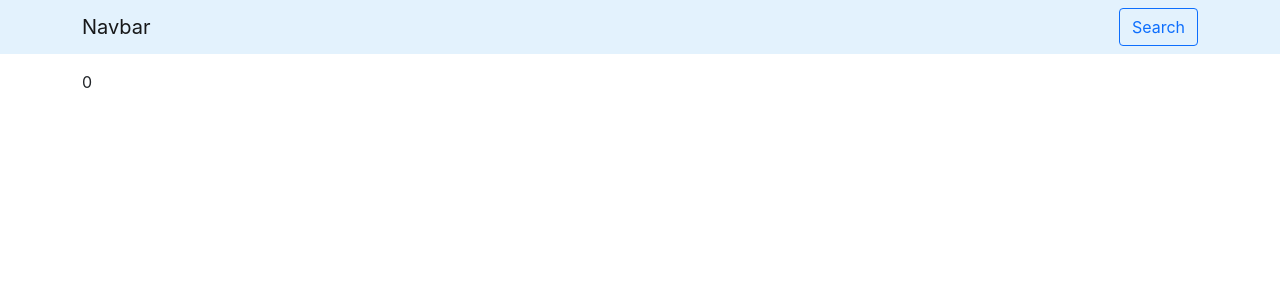
Repository: ren-yamanashi/q-and-a-app
Page: /questions/received
The author's editor kept a copy of each file at every save. The page is drawn from the files as they stood at one save, then again after the next save.
The browser window is 1280 px wide. The pictures show the whole page.
The page's requests for data from a server got no answer. The project was rebuilt for these pictures with package versions that can differ from the ones it lists, and the page was loaded fresh each time. The framework's server and built-in components were replaced by stand-ins that run in the browser. No one was signed in, and anything a server would have sent is missing. Also part of the build but not shown: next.config.js.

Above is the page before, as saved 2022-01-03 16:33:00.

After the next save:
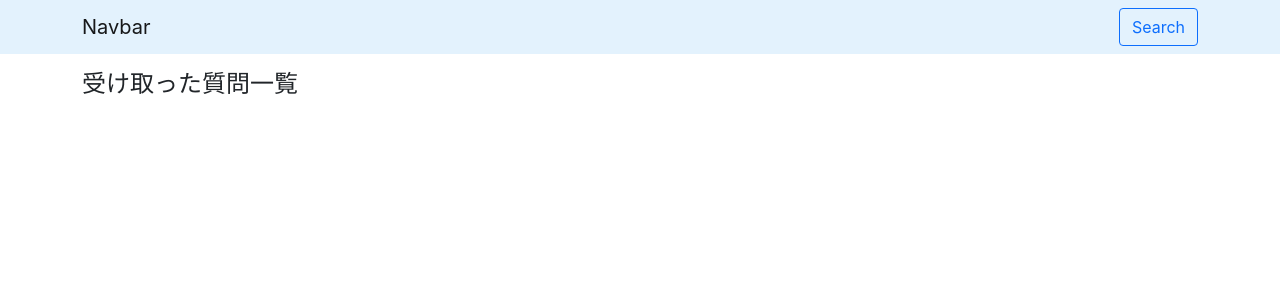
Saved 91 s later.
--- a/pages/questions/received.tsx
+++ b/pages/questions/received.tsx
@@ -52,7 +52,19 @@
 
   return (
     <Layout>
-      <div>{questions.length}</div>
+      <h1 className="h4">受け取った質問一覧</h1>
+
+      <div className="row justify-content-center">
+        <div className="col-12 col-md-6">
+          {questions.map((question) => (
+            <div className="card my-3" key={question.id}>
+              <div className="card-body">
+                <div className="text-truncate">{question.body}</div>
+              </div>
+            </div>
+          ))}
+        </div>
+      </div>
     </Layout>
   );
 }
